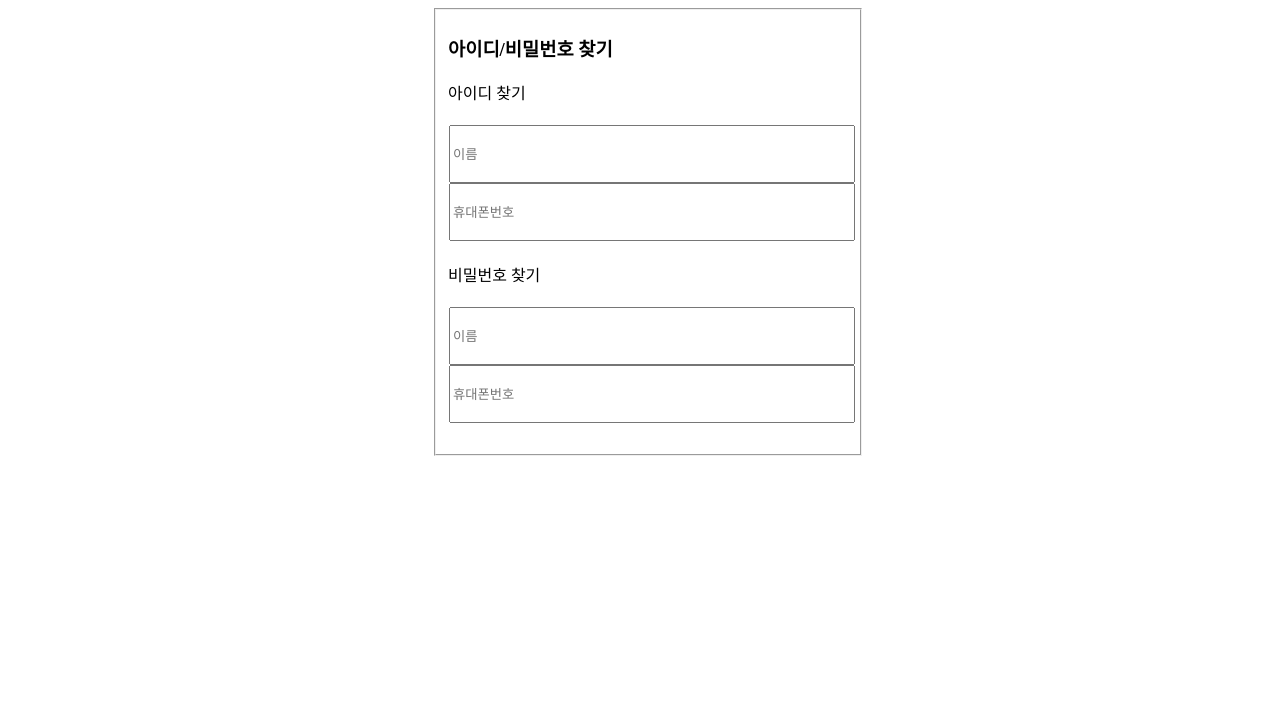
Repository: agheha/trillion
Page: YH/study_project/html/find.html
An editor plug-in stored every save of this project. The page is shown before and after the next save, followed by the edit.
The browser window is 1280 px wide. The page is 1288 px wide, so the pictures cover 1288 px, including what lies to the right of the window. The pictures show the whole page.

Above is the page before, as saved 2019-09-04 19:51:09.

After the next save:
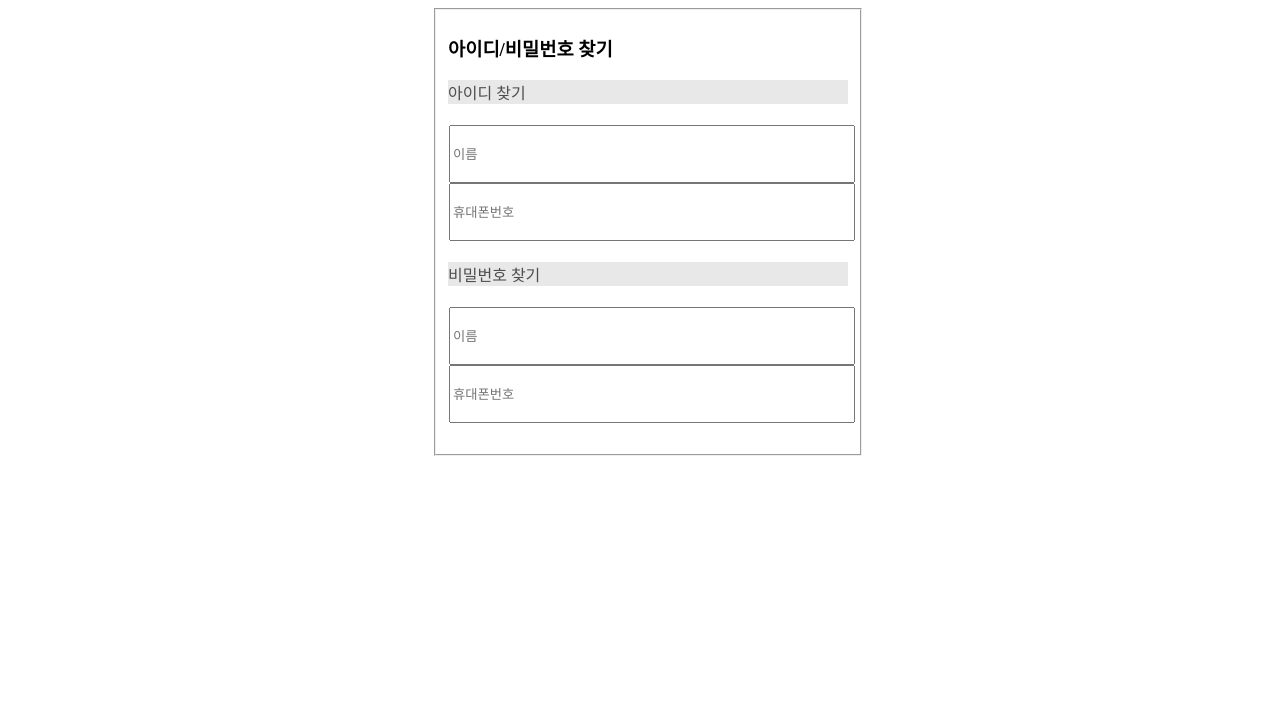
Saved 5 s later.
--- a/YH/study_project/css/find.css
+++ b/YH/study_project/css/find.css
@@ -19,4 +19,8 @@
     border: 1px solid transparent;
     border-radius: 5px;
 }
-.
+.find {
+    color: #4d4d4d;
+    background-color: #E8E8E8;
+    border-color: #E6E6E6;
+}
